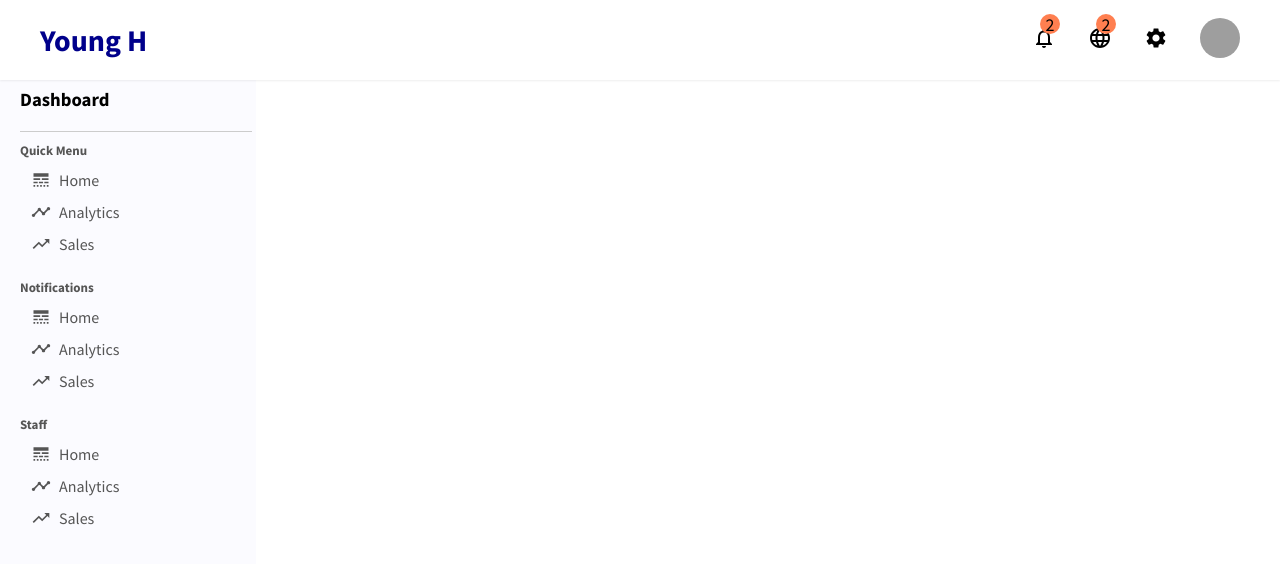
Repository: noname20011/admin
Page: /
An editor plug-in stored every save of this project. The page is shown before and after the next save, followed by the edit.
The browser window is 1280 px wide. The pictures show the whole page.
Pictures or frames that could not be fetched are drawn as grey boxes. The project was rebuilt for these pictures with package versions that can differ from the ones it lists, and the page was loaded fresh each time.

Above is the page before, as saved 2021-11-13 10:09:37.

After the next save:
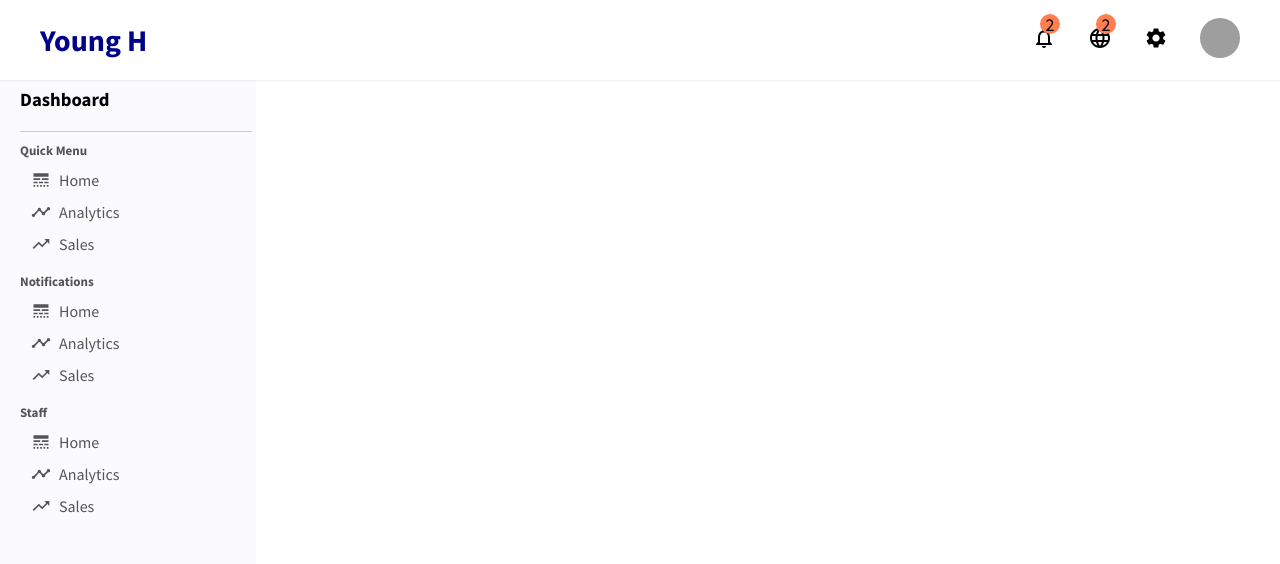
Saved 13 s later.
--- a/src/comopnents/sidebar/sidebar.css
+++ b/src/comopnents/sidebar/sidebar.css
@@ -17,7 +17,7 @@
 }
 
 .sidebarMenu {
-    margin-bottom: 14px;
+    margin-bottom: 8px;
 }
 
 .sidebarMenuTitle {
